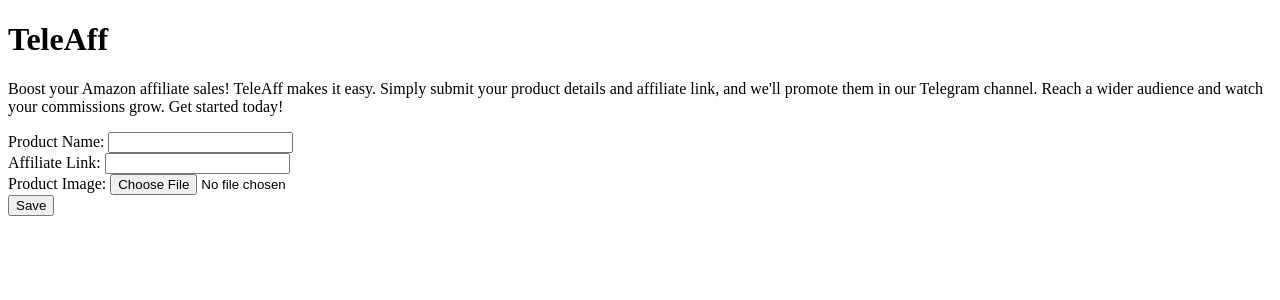
Repository: Natnael12119/TeleAff
Page: views/productForm.html
An editor plug-in stored every save of this project. The page is shown before and after the next save, followed by the edit.
The browser window is 1280 px wide. The pictures show the whole page.

Above is the page before, as saved 2024-04-17 13:40:32.

After the next save:
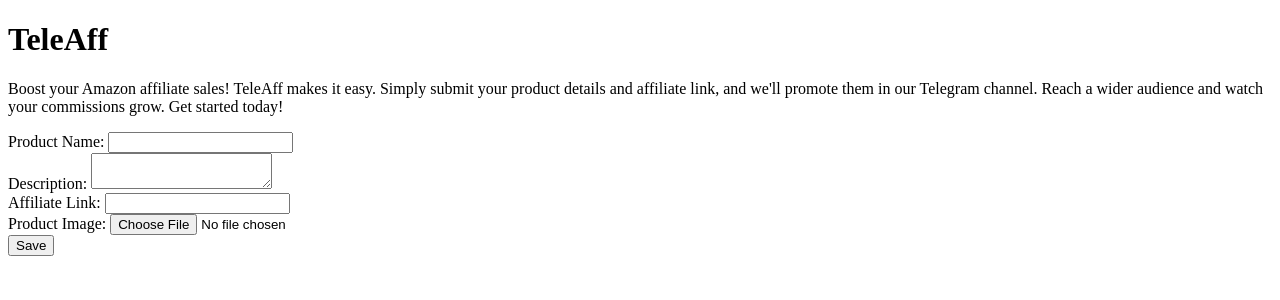
Saved 15 min 56 s later.
--- a/views/productForm.html
+++ b/views/productForm.html
@@ -11,6 +11,11 @@
             <div class="form-group">
                 <label for="productName">Product Name:</label>
                 <input type="text" id="productName" name="productName" class="form-control">
+            </div>
+
+            <div class="form-group">
+                <label for="description">Description:</label>
+                <textarea id="description" name="description" class="form-control"></textarea>
             </div>
 
             <div class="form-group">
